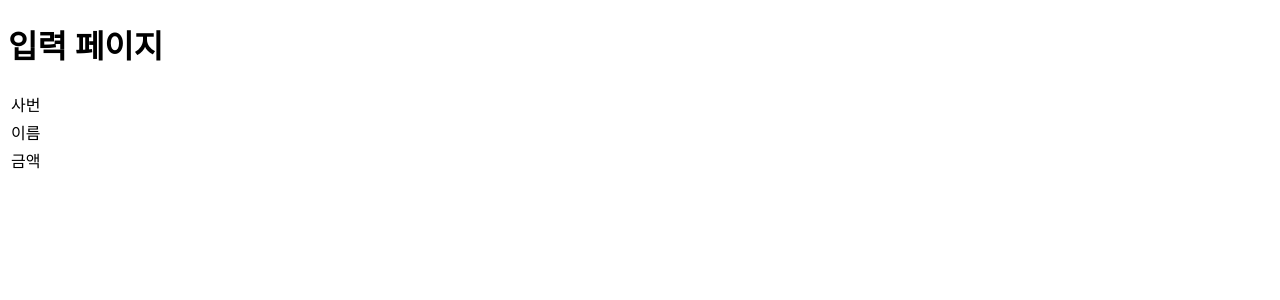
Repository: Lee-seongBeom/bitclass
Page: http://localhost/web09/emp/add.jsp
The author's editor kept a copy of each file at every save. The page is drawn from the files as they stood at one save, then again after the next save.
The browser window is 1280 px wide. The pictures show the whole page.
The page is served by Tomcat 9. Other server files are loaded and not shown.

Above is the page before, as saved 2020-07-08 02:08:23.

### web/web09/WebContent/emp/add.jsp
<%@ page language="java" contentType="text/html; charset=EUC-KR"
    pageEncoding="EUC-KR"%>
<!DOCTYPE html PUBLIC "-//W3C//DTD HTML 4.01 Transitional//EN" "http://www.w3.org/TR/html4/loose.dtd">
<html>
<head>
<meta http-equiv="Content-Type" content="text/html; charset=EUC-KR">
<title>Insert title here</title>
</head>
<body>
	<h1>입력 페이지</h1>
	<form action="">
		<table width="800">
			<tr>
				<td>사번</td>
				<td></td>
			</tr>
			<tr>
				<td>이름</td>
				<td></td>
			</tr>
			<tr>
				<td>금액</td>
				<td></td>
			</tr>
			<tr>
				<td colspan="2">

				</td>
			</tr>
		</table>
	</form>
</body>
</html>

After the next save:
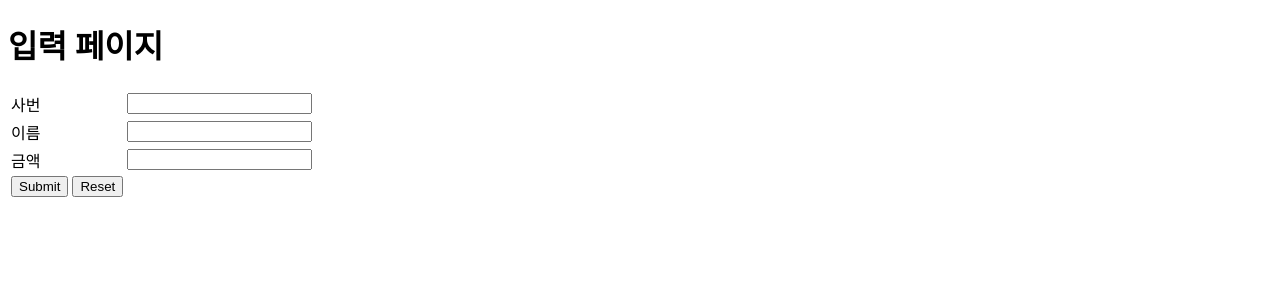
Saved 46 s later.
--- a/web/web09/WebContent/emp/add.jsp
+++ b/web/web09/WebContent/emp/add.jsp
@@ -12,19 +12,20 @@
 		<table width="800">
 			<tr>
 				<td>사번</td>
-				<td></td>
+				<td><input type="text" name="sabun"></td>
 			</tr>
 			<tr>
 				<td>이름</td>
-				<td></td>
+				<td><input type="text" name="name"></td>
 			</tr>
 			<tr>
 				<td>금액</td>
-				<td></td>
+				<td><input type="text" name="pay"></td>
 			</tr>
 			<tr>
 				<td colspan="2">
-
+					<input type="submit" name="입 력">
+					<input type="reset" name="취 소">
 				</td>
 			</tr>
 		</table>
